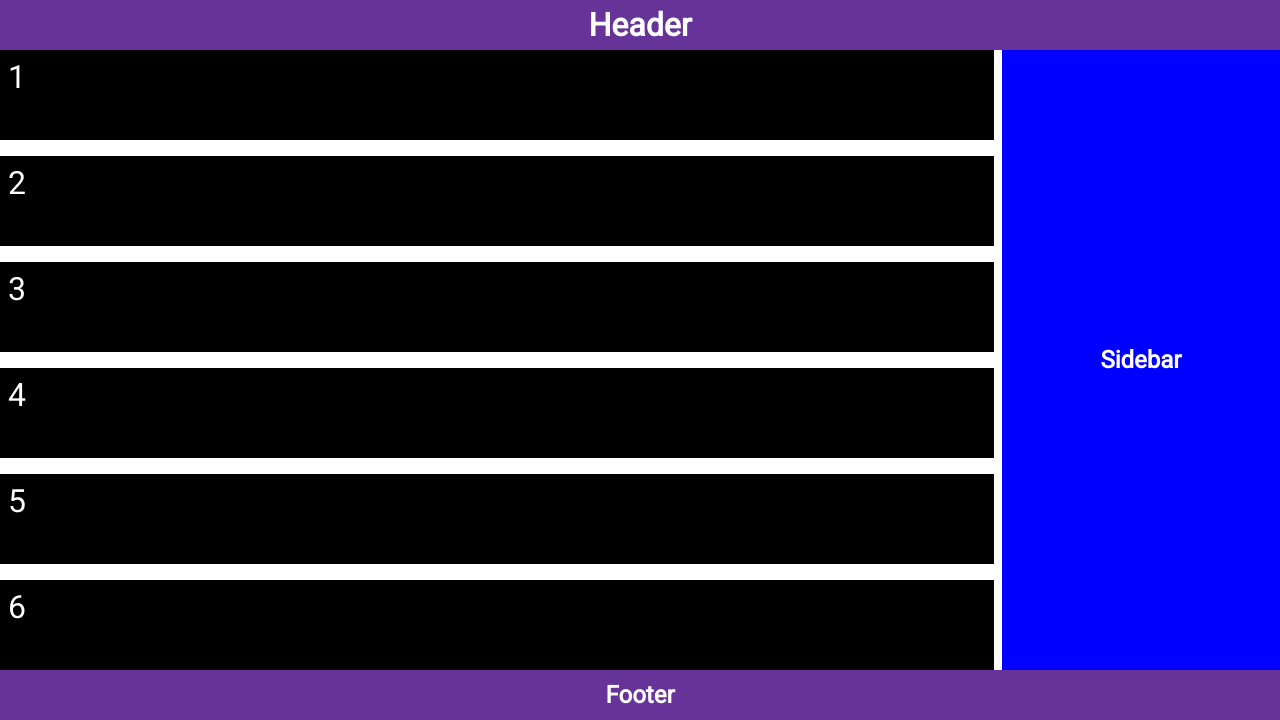
Repository: JavaProgrammerFromEastEurope/project-css-full-tutorial
Page: 15_lesson/index.html
These files come from the project's save history. The page is drawn as it stood at one moment and after a run of saves; the edit follows.
The browser window is 1280 px wide. The pictures show the whole page.

Above is the page before, as saved 2023-04-07 11:50:36.

### 15_lesson/index.html
<!DOCTYPE html>
<html lang="en">
  <head>
    <meta charset="UTF-8" />
    <meta http-equiv="X-UA-Compatible" content="IE=edge" />
    <meta name="viewport" content="width=device-width, initial-scale=1.0" />
    <title>CSS Grid</title>
    <link rel="stylesheet" href="css/style.css" />
  </head>

  <body>
    <header class="header el"><h1>Header</h1></header>
    <main class="container">
      <div class="box">1</div>
      <div class="box">2</div>
      <div class="box">3</div>
      <div class="box">4</div>
      <div class="box">5</div>
      <div class="box">6</div>
    </main>
    <aside class="sidebar el"><h2>Sidebar</h2></aside>
    <footer class="footer el"><h2>Footer</h2></footer>
  </body>
</html>

### 15_lesson/css/style.css
@import url('https://fonts.googleapis.com/css2?family=Roboto&display=swap');

* {
  margin: 0;
  padding: 0;
  box-sizing: border-box;
}

body {
  font-family: 'Roboto', sans-serif;
  min-height: 100vh;

  display: grid;
  grid-template-columns: repeat(9, 1fr);
  grid-auto-rows: 50px auto 50px;
  grid-template-areas:
    'hd hd hd hd hd hd hd hd hd'
    'mn mn mn mn mn mn mn sb sb'
    'ft ft ft ft ft ft ft ft ft';
  column-gap: 0.5rem;
}

.el {
  background-color: rebeccapurple;
  color: #fff;
  display: grid;
  place-content: center;
}

.header {
  grid-area: hd;
}

.sidebar {
  grid-area: sb;
  background-color: #00f;
}

.footer {
	grid-area: ft;
}

.container {
	grid-area: mn;
	min-height: 400px;
	display: grid;
	grid-template-columns: repeat(2, 1fr 2fr)
	grid-auto-rows: minmax(150px, auto);
	gap: 1rem;
}

.box {
	background-color: #000;
	color: #fff;
	font-size: 2rem;
	padding: 0.5rem;
}

.box:first-child

After the next 2 saves:
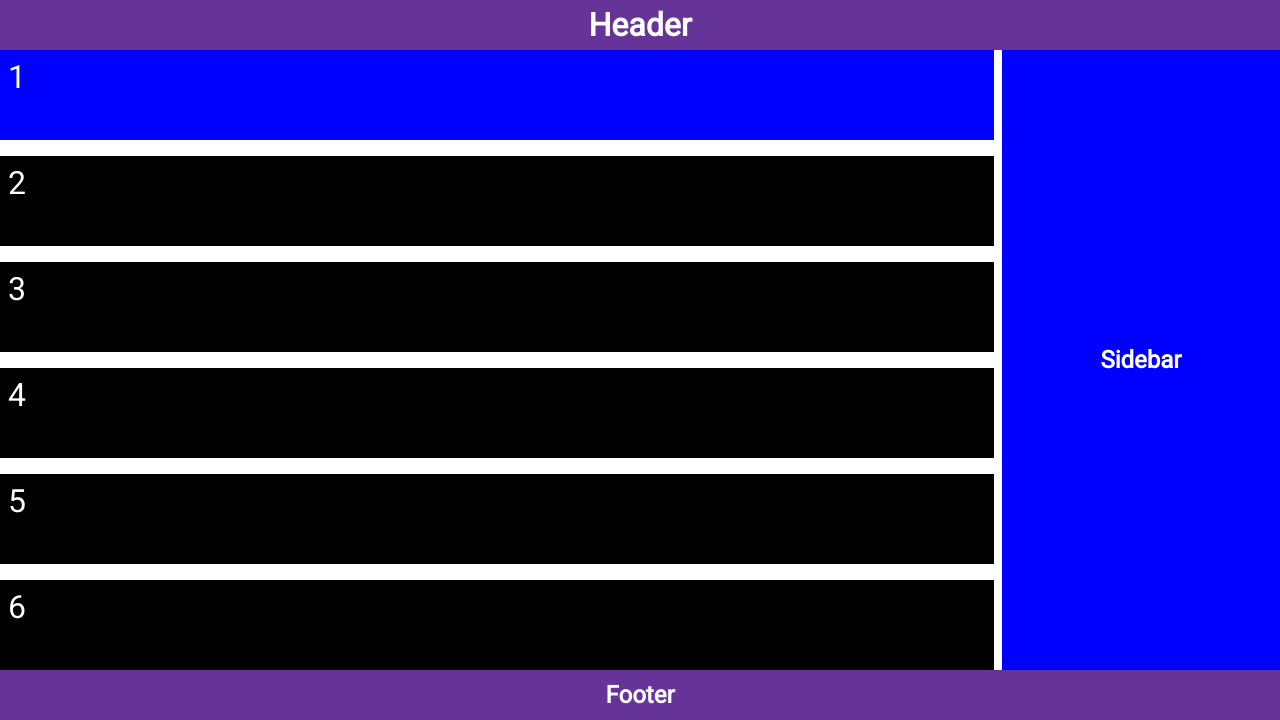
The 2 saves are shown as one change because they came seconds apart.
The last was saved 8 s later.
--- a/15_lesson/css/style.css
+++ b/15_lesson/css/style.css
@@ -56,4 +56,7 @@ body {
 	padding: 0.5rem;
 }
 
-.box:first-child
+.box:first-child {
+	background-color: #00f;
+
+}
